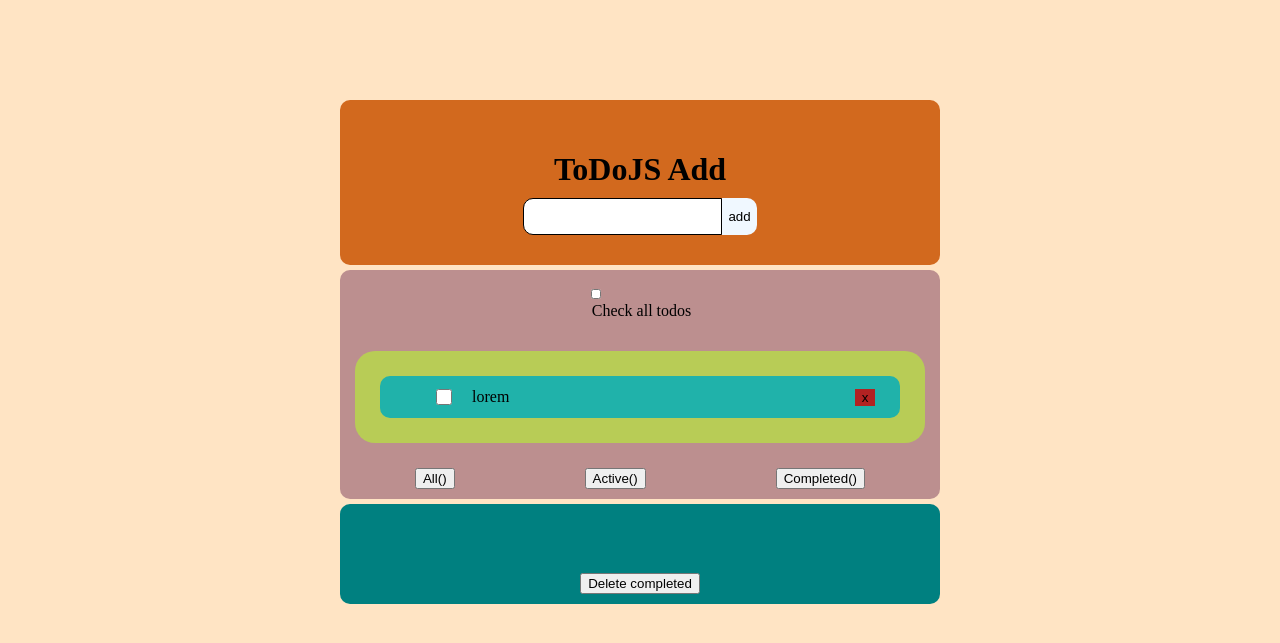
Repository: Savich01/ToDo
Page: index.html
The author's editor kept a copy of each file at every save. The page is drawn from the files as they stood at one save, then again after the next save.
The browser window is 1280 px wide. The pictures show the whole page.

Above is the page before, as saved 2024-05-08 11:00:01.

### index.html
<!DOCTYPE html>
<html lang="en">
<head>
    <meta charset="UTF-8">
    <meta name="viewport" content="width=device-width, initial-scale=1.0">
    <link rel="stylesheet" href="css/style.css">
    <title>ToDO</title>
</head>
<body>
    <header class="header">
        <div class="header-block">
            <div class="header-block__sub">
                <h1 class="title">ToDoJS Add</h1>
                <form class="personal" action="#">
                    <input class="personal-input" type="text">
                    <button class="personal-btn">add</button>
                </form>
            </div>
        </div>
    </header>

     <main class="main">
        <div class="main-block">
            <ul class="main-block--list">
                    <li class="main-block--list-link">
                        <input class="checkbox-active" type="checkbox">
                        <span class="main-block--text">Check all todos</span>
                    </li>
                </ul>
            <div class="main-container">

                <ul class="main-container--list">
                    <li class="main-container--list-link">
                        <input class="main-checked" type="checkbox" data-action = "done">
                        <span class="main-text main-text--done">lorem</span>
                    </li>
                    <button class="main--list-btn" data-action = "delete">
                        х
                    </button>
               </ul>
            </div>




            <div class="main-button">
                 <button class="main-btn1">All()</button>
                 <button class="main-btn2">Active()</button>
                 <button class="main-btn3">Completed()</button>
            </div>
            </div>
     </main>
     <footer class="footer">
        <div class="footer-block">
            <div class="footer-btn">
                <button class="btn">Delete completed</button>
            </div>
        </div>
     </footer>
        <script src="js/script.js"></script>
</body>
</html>

### css/style.css
ul,li {
    text-decoration: none;
    list-style: none;
}


/*------------HEADER-------------------------------------*/

body {
    max-width: 100%;
    background: #FFE4C4;
}
.header {
    margin-top: 100px;
    margin-bottom: 5px;
}
.header-block {
    max-width: 600px;
    margin: 0 auto;
    background: #D2691E;
    border-radius: 10px;
}
 .header-block__sub {
    display: flex;
    flex-direction: column;
    justify-content: center;
    align-items: center;
    padding: 30px 0px;
 }

 .title {
    margin-bottom: 10px;
 }

 .personal {
    display: flex;
    justify-content: center;
 }

 .personal-input{
    padding: 10px;
    border: 1px solid #000;
    border-radius: 10px 0px 0px 10px;
 }
.personal-btn {
    border: none;
    background-color: aliceblue;
    border-radius: 0px 10px 10px 0px;
    cursor: pointer;
}
/*------------------MAIN-------------------------------------*/

.main-block {
   max-width: 600px;
   margin: 0 auto;
   background: #BC8F8F;
   min-height: 70px;
   border-radius: 10px;
   display:flex;
   flex-direction: column;
   justify-content: space-between;
   margin-bottom: 5px;
}

.main-block--list{
    display: flex;
    align-items: center;
    justify-content: center;
    padding-right: 47px;
}
.main-block--text{
    margin-left: 10px;
}
.checkbox-active{
    display: block;
    height: 10px;
    width: 20px;
}
.main-button {
    padding: 10px;
    display: flex;
    align-items: flex-end;
    justify-content: space-around

}
.main-container {
    background: rgba(183, 231, 62, 0.699);
    border-radius: 20px;
    margin: 15px;
    /* display: none; */
}

.main-container--list{
    background-color: #20B2AA;
    border-radius: 10px;
    margin: 25px;
    display: flex;
    align-items: center;
    justify-content: space-between;
}

.main-container--list-link {
    padding: 10px;
    display: flex;
    align-items: center;
}
.main-checked{
    width: 20px;
    height: 16px;
    cursor: pointer;
}
.main-text{
    display: inline-block;
    margin-left: 15px;
}
.main--list-btn{
    min-width: 20px;
    max-width: 23px;
    background: #FFFFE0;
    align-items: center;
    margin-right: 25px;
    cursor: pointer;
    border: none;
    background: #B22222;
}

/*------------------FOOTER--------------------------------------------------*/

.footer-block {
    max-width: 600px;
    margin: 0 auto;
    background: #008080;
    height: 100px;
    border-radius: 10px;
    display: flex;
    align-items: flex-end;
    justify-content: space-around;
}
.footer-btn {
    padding: 10px;
}

### js/script.js
"Use strict";

const form = document.querySelector('.personal');
const input = document.querySelector('.personal-input');
const block = document.querySelector('.main-container');
const addList = document.querySelector('.main-container--list')
const mainBlock = document.querySelector('.main-block');

function addTask(){
    // Отменяем отправку формы
    event.preventDefault();

    // Достаем текст задачи из поля ввода

    const taskText = input.value;
    console.log(taskText);

    //Формируем разметку для новой задачи

    const taskHTML = `<ul class="main-container--list">
                    <li class="main-container--list-link">
                        <input class="main-checked" type="checkbox" data-action = "done">
                        <span class="main-text">${taskText}</span>
                    </li>
                    <button class="main--list-btn" data-action = "delete">
                        х
                    </button>
               </ul>
                    `


    // Добавляем задачу на страницу

    block.insertAdjacentHTML('beforeend', taskHTML)

    // Отчищаем поле ввода

    input.value = '';
    input.focus();

}



// Добавление задачи
form.addEventListener('submit', addTask);

// // Удаление задачи
block.addEventListener('click', deleteTask);

function deleteTask(event){


    if(event.target.dataset.action === 'delete'){

        const perentNode = event.target.closest('.main-container--list');
        perentNode.remove();
    };
};

// Отмечаем задачу завершенной

block.addEventListener('click', doneTask)

function doneTask(event) {
    if(event.target.dataset.action === 'done'){
        const perentNode = event.target.closest('.main-container--list');
        const taskTitle = perentNode.querySelector('.main-text');
        taskTitle.classList.toggle('main-text--done');
    }
}

After the next save:
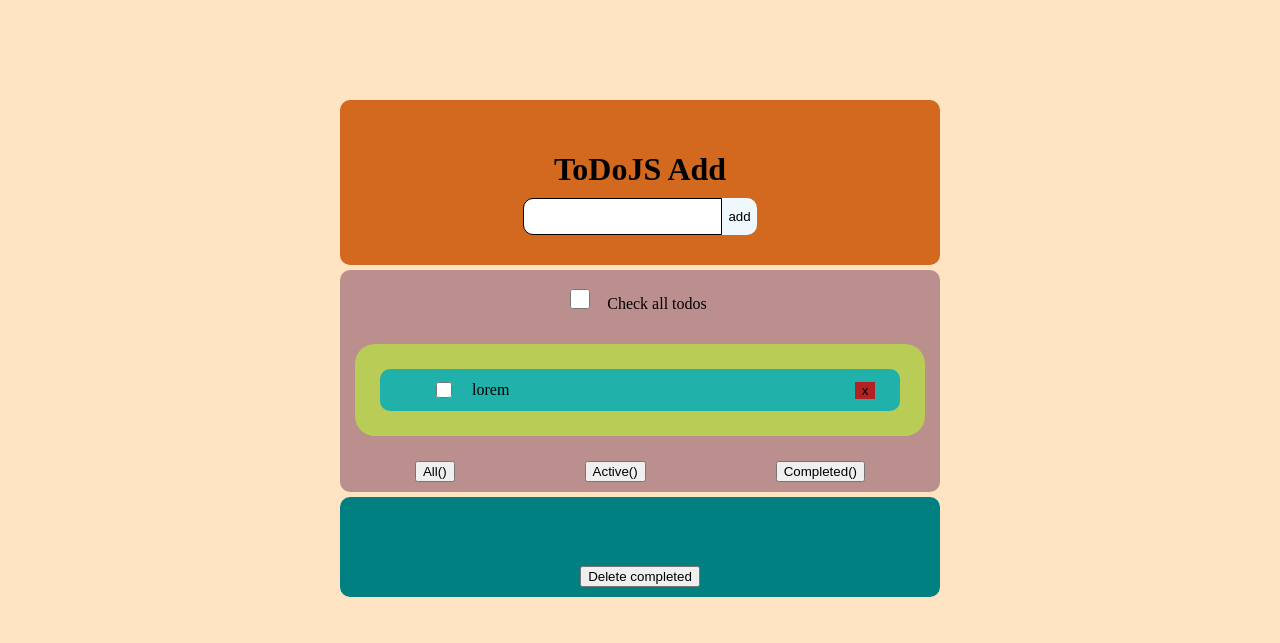
Saved 80 s later.
--- a/css/style.css
+++ b/css/style.css
@@ -72,9 +72,8 @@ body {
     margin-left: 10px;
 }
 .checkbox-active{
-    display: block;
-    height: 10px;
     width: 20px;
+    height: 20px;
 }
 .main-button {
     padding: 10px;
